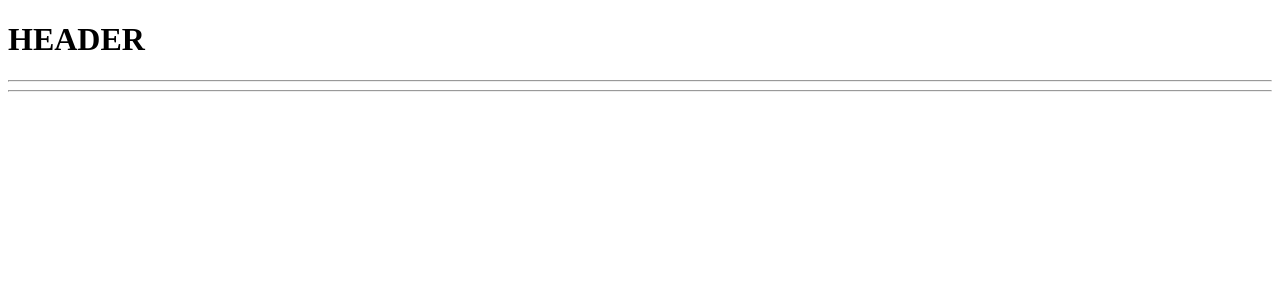
Repository: yoonanet/Web_Workspaces
Page: jQuery/src/main/webapp/03_DOM_Operation.html
These files come from the project's save history. The page is drawn as it stood at one moment and after the next save; the edit follows.
The browser window is 1280 px wide. The pictures show the whole page.

Above is the page before, as saved 2023-03-11 10:23:46.

After the next save:
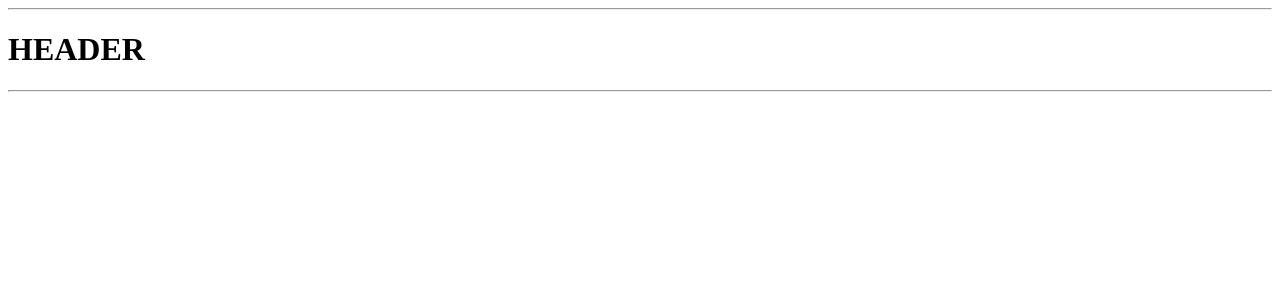
Saved 2 min 41 s later.
--- a/jQuery/src/main/webapp/03_DOM_Operation.html
+++ b/jQuery/src/main/webapp/03_DOM_Operation.html
@@ -356,11 +356,11 @@
 	});
 */
 
-/* 16. 문서 객체의 복제 (확인해보기!!)
+/* 16. 문서 객체의 복제 (확인해보기!!) */
 //- 기존 문서 객체를 선택하고 문서 객체 삽입 메서드를 사용하면, 문서 객체가 이동하는 효과를 가져갈 수 있음.
 	$(function(){
-		//$('div').append($('h1')); //div태그 밑에 자식의 관계로 h1을 위치시켜달라는 지정 의미이다.
-		        //jQuery선택자를 이용해서 h1태그를 다시 선택 !!
+		$('div').append($('h1')); //div태그 밑에 자식의 관계로 h1을 위치시켜달라는 지정 의미이다.
+		        //jQuery함수의 선택자를 이용해서 h1태그를 다시 선택 추가 !!
 	    //결과적으로 문서 객체가 이동해가는 효과를 받아갈 수 있음.
 
 
@@ -370,10 +370,10 @@
 //  $(selector).clone(Boolean dataAndEvents)
 //  $(selector).clone(Boolean dataAndEvents, Boolean deepDataAndEvents)
 
-		$('div').append($('h1').clone());
+		//$('div').append($('h1').clone());
 		//jQuery에 clone()메서드를 통해서 h1의 복사본을 만들어서 div뒤에다가 자식의 관계로 추가를 해달라는 의미임.
 	});
-*/
+
 
 </script>
 </head>

After the save that followed:
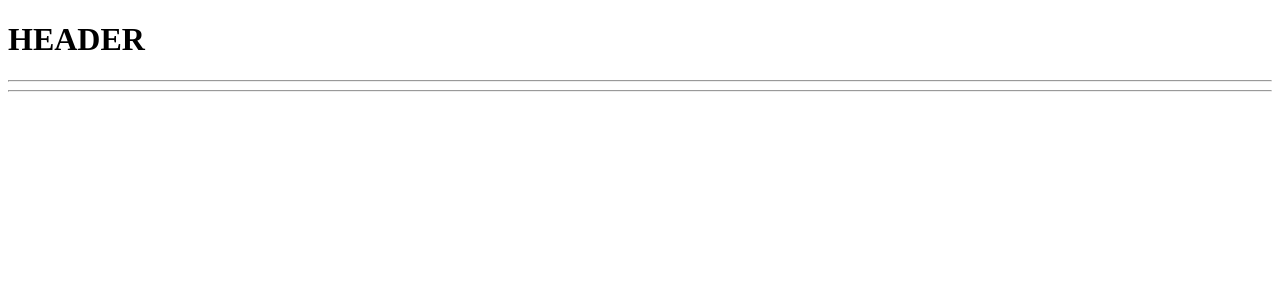
Saved 4 s later.
--- a/jQuery/src/main/webapp/03_DOM_Operation.html
+++ b/jQuery/src/main/webapp/03_DOM_Operation.html
@@ -359,7 +359,7 @@
 /* 16. 문서 객체의 복제 (확인해보기!!) */
 //- 기존 문서 객체를 선택하고 문서 객체 삽입 메서드를 사용하면, 문서 객체가 이동하는 효과를 가져갈 수 있음.
 	$(function(){
-		$('div').append($('h1')); //div태그 밑에 자식의 관계로 h1을 위치시켜달라는 지정 의미이다.
+		//$('div').append($('h1')); //div태그 밑에 자식의 관계로 h1을 위치시켜달라는 지정 의미이다.
 		        //jQuery함수의 선택자를 이용해서 h1태그를 다시 선택 추가 !!
 	    //결과적으로 문서 객체가 이동해가는 효과를 받아갈 수 있음.
 
